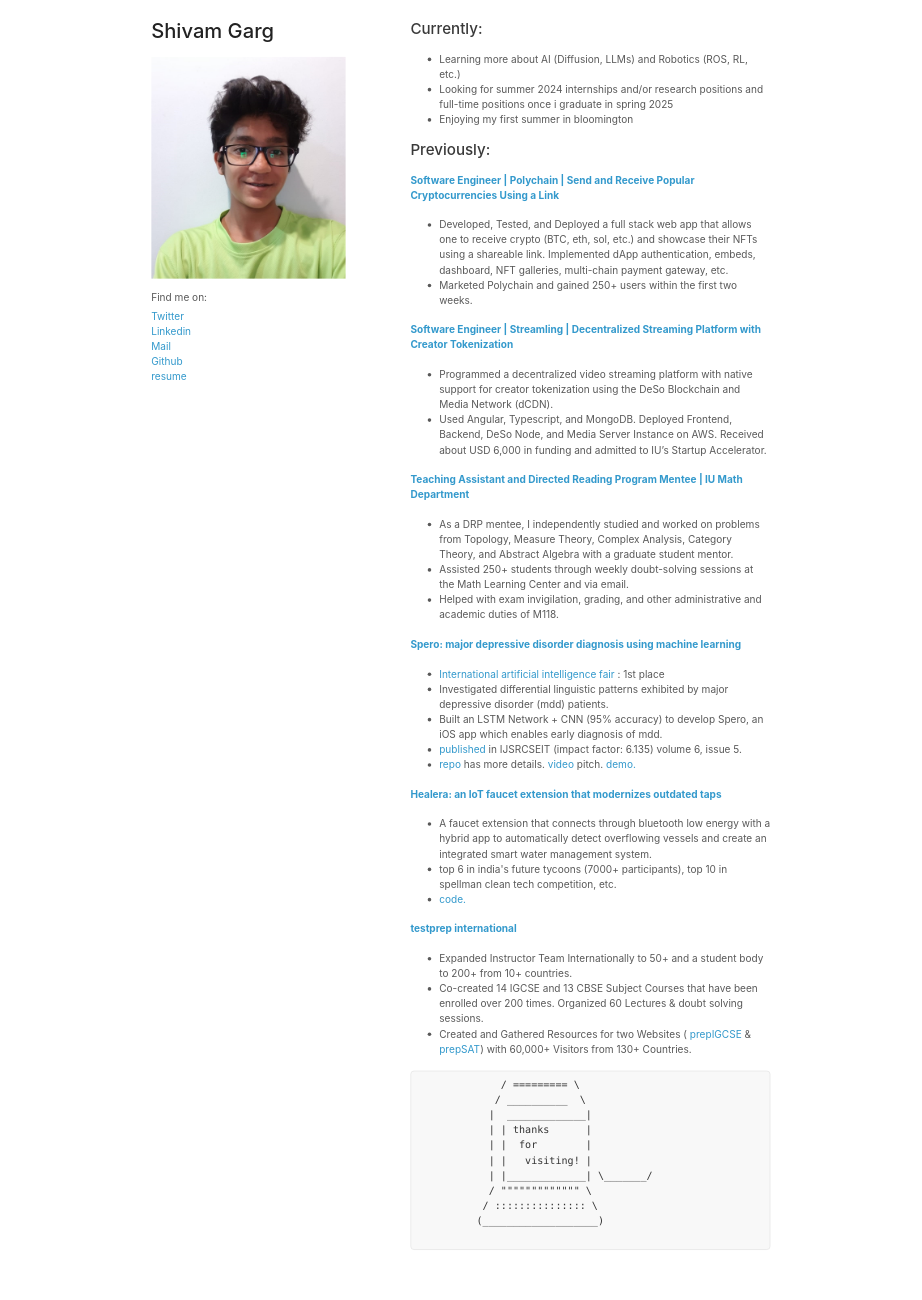
Repository: 22shivam/22shivam.github.io
Page: index.html
These files come from the project's save history. The page is drawn as it stood at one moment and after the next save; the edit follows.
The browser window is 1280 px wide. The pictures show the whole page, at 72% of full size.

Above is the page before, as saved 2024-06-17 19:20:24.

After the next save:
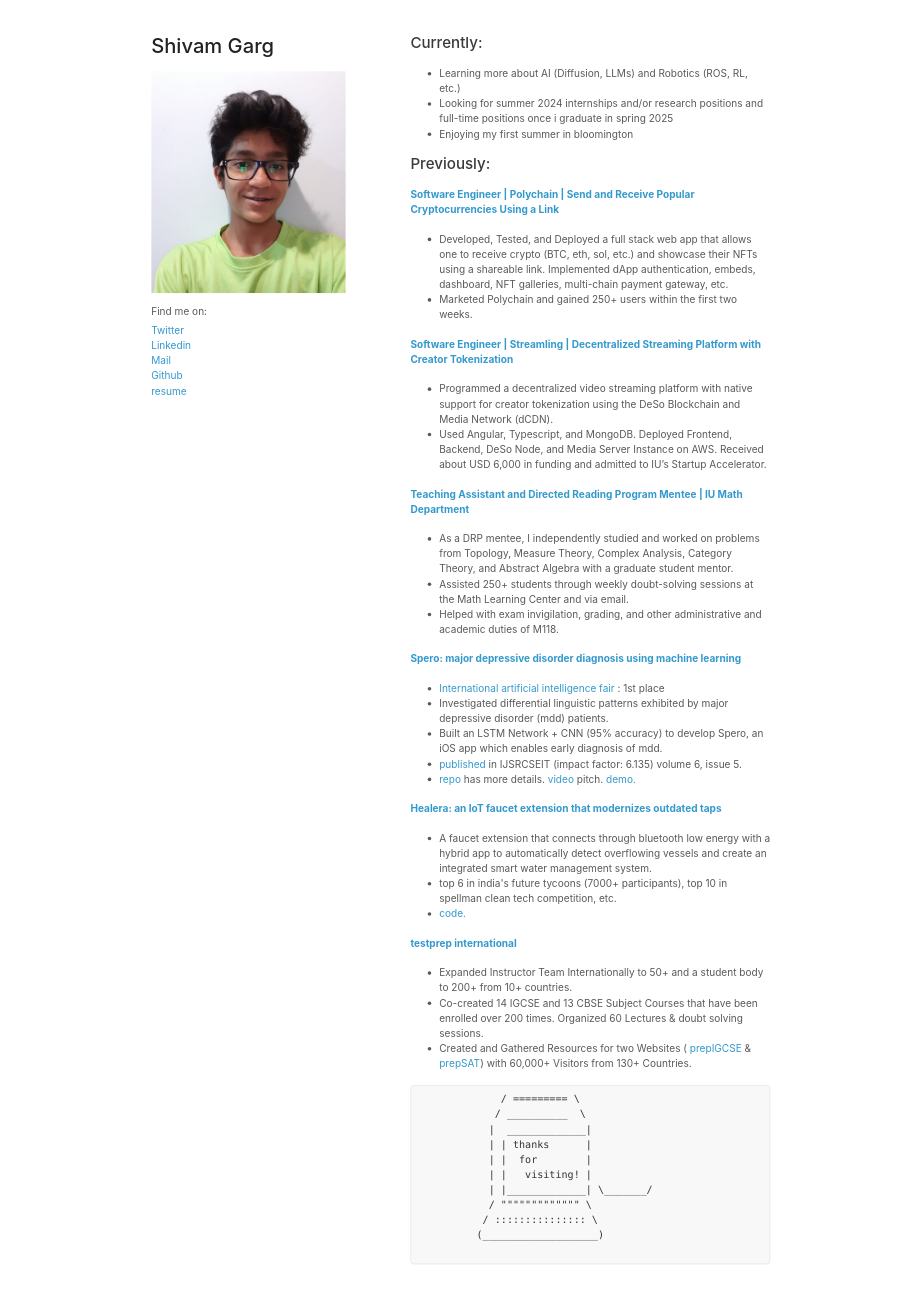
Saved 7 s later.
--- a/css/styles.css
+++ b/css/styles.css
@@ -1,6 +1,6 @@
 body {
   background-color: #fff;
-  padding:20px;
+  padding:40px;
   font: 14px/1.5 -apple-system, BlinkMacSystemFont, "Segoe UI", Roboto, Oxygen, Ubuntu, Cantarell, "Fira Sans", "Droid Sans", "Helvetica Neue", Arial, sans-serif, "Apple Color Emoji", "Segoe UI Emoji", "Segoe UI Symbol";
   color:#595959;
   font-weight:400;
